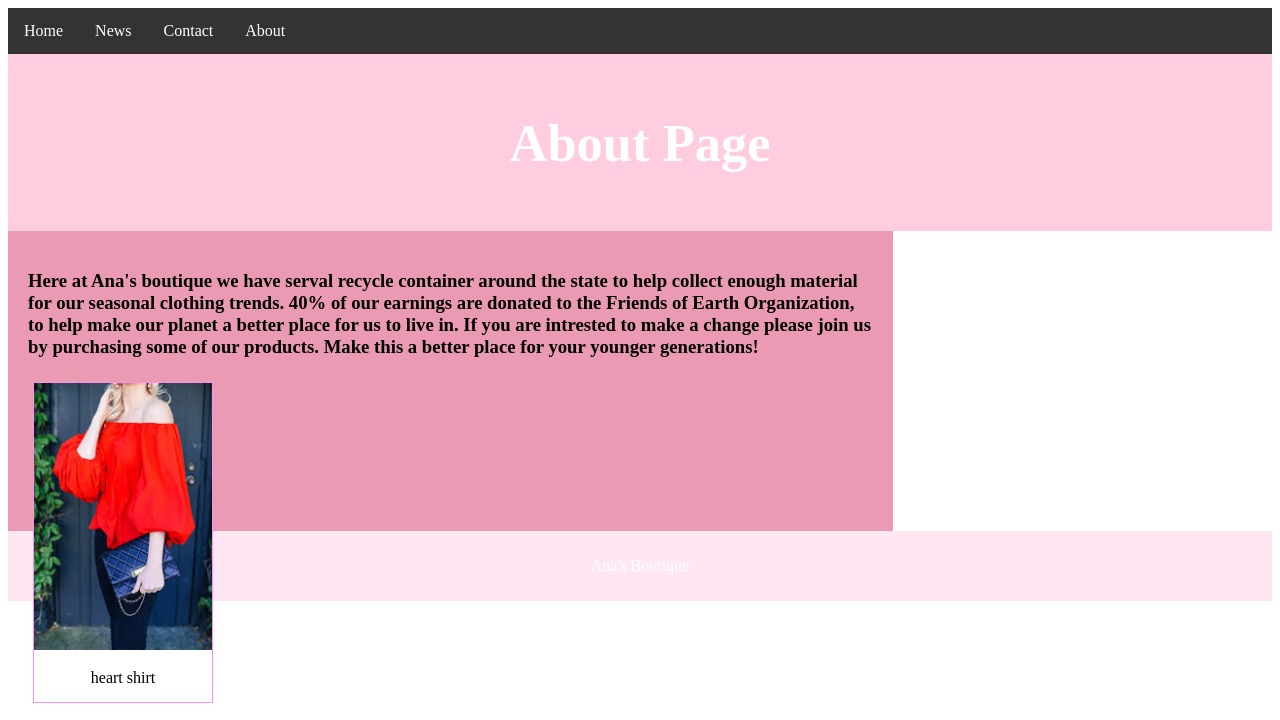
Repository: anavaldovinos/anavaldovinos.github.io
Page: project/about.html
The author's editor kept a record of every edit. The page is drawn from the files as they stood at one moment, then again after the next edit.
The browser window is 1280 px wide. The pictures show the whole page.

Above is the page before.

After the next edit:
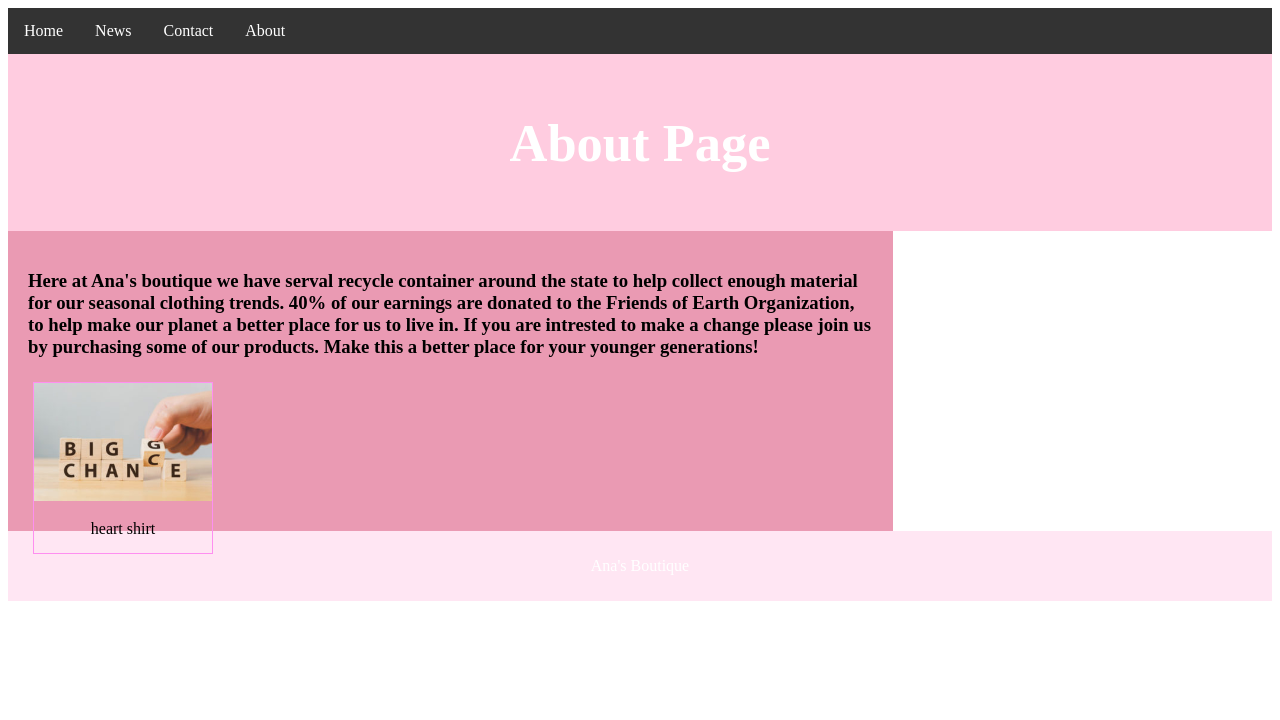
The edit:
--- a/project/about.html
+++ b/project/about.html
@@ -138,7 +138,7 @@
 
 
 
-    <img src="shirt.jpg" width="600" height="400">
+    <img src="change.jpg" width="600" height="400">
   <div class="desc">heart shirt</div>
 </div>
 
